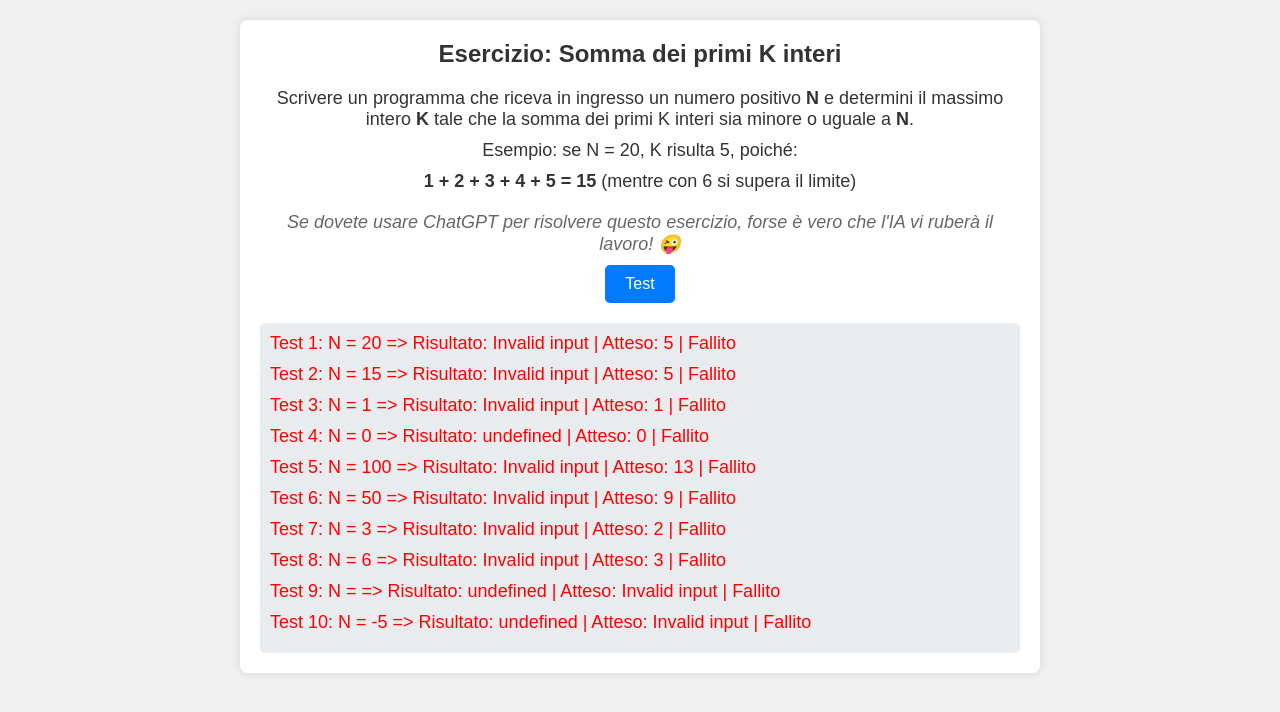
Repository: JoseManuel-Feliz/merenda1
Page: index.html
An editor plug-in stored every save of this project. The page is shown before and after the next save, followed by the edit.
The browser window is 1280 px wide. The pictures show the whole page.
After loading, the first visible `#run-tests` was clicked once.

Above is the page before, as saved 2024-10-01 16:43:05.

### index.html
<!DOCTYPE html>
<html lang="it">

<head>
    <meta charset="UTF-8">
    <meta name="viewport" content="width=device-width, initial-scale=1.0">
    <title>Esercizio Somma di K Interi</title>
    <link rel="stylesheet" href="style.css">
</head>

<body>
    <div class="container">
        <h1>Esercizio: Somma dei primi K interi</h1>
        <p>
            Scrivere un programma che riceva in ingresso un numero positivo <strong>N</strong>
            e determini il massimo intero <strong>K</strong> tale che la somma dei primi K interi
            sia minore o uguale a <strong>N</strong>.
        </p>
        <p>Esempio: se N = 20, K risulta 5, poiché:</p>
        <p><strong>1 + 2 + 3 + 4 + 5 = 15</strong> (mentre con 6 si supera il limite)</p>
        <p style="margin-top: 20px; font-style: italic; color: #666;">
            Se dovete usare ChatGPT per risolvere questo esercizio, forse è vero che l'IA vi ruberà il lavoro! 😜
        </p>

        <button id="run-tests">Test</button>
        <div id="results"></div>
    </div>
    <script src="merenda.js"></script>
    <script src="script.js"></script>
</body>

</html>

### style.css
* {
    box-sizing: border-box;
    margin: 0;
    padding: 0;
}

body {
    font-family: Arial, sans-serif;
    background-color: #f0f0f0;
    color: #333;
    padding: 20px;
}

.container {
    max-width: 800px;
    margin: 0 auto;
    padding: 20px;
    background-color: #fff;
    border-radius: 8px;
    box-shadow: 0 0 10px rgba(0, 0, 0, 0.1);
    text-align: center;
}

h1 {
    font-size: 24px;
    margin-bottom: 20px;
}

p {
    font-size: 18px;
    margin-bottom: 10px;
}

button {
    padding: 10px 20px;
    font-size: 16px;
    border: none;
    background-color: #007bff;
    color: #fff;
    border-radius: 5px;
    cursor: pointer;
}

button:hover {
    background-color: #0056b3;
}

#results {
    margin-top: 20px;
    padding: 10px;
    background-color: #e9ecef;
    border-radius: 5px;
    text-align: left;
}

### merenda.js
function sommaInteri(N) {
    let somma = 0;
    let count = 0;

    for (let i = 1; i <= N; i++) {
        if (N < 0 || N) {
            return 'Invalid input';
        }
        if (somma + i > N) {
            return count;
        }
        somma += i;
        console.log(somma)
        count++;
        console.log(count)
    }
}

### script.js
document.getElementById('run-tests').addEventListener('click', function () {
    const resultsContainer = document.getElementById('results');
    resultsContainer.innerHTML = '';

    const testCases = [
        { N: 20, expected: 5 },
        { N: 15, expected: 5 },
        { N: 1, expected: 1 },
        { N: 0, expected: 0 },
        { N: 100, expected: 13 },
        { N: 50, expected: 9 },
        { N: 3, expected: 2 },
        { N: 6, expected: 3 },
        { N: '', expected: 'Invalid input' },
        { N: -5, expected: 'Invalid input' },
    ];

    testCases.forEach((test, index) => {
        try {
            const result = sommaInteri(test.N);
            const passed = result === test.expected;
            const message = `Test ${index + 1}: N = ${test.N} => Risultato: ${result} | Atteso: ${test.expected} | ${passed ? 'Successo' : 'Fallito'}`;
            const resultElement = document.createElement('p');
            resultElement.textContent = message;
            resultElement.style.color = passed ? 'green' : 'red';
            resultsContainer.appendChild(resultElement);
        } catch (error) {
            const message = `Test ${index + 1}: N = ${test.N} ha generato un errore: ${error.message}`;
            const resultElement = document.createElement('p');
            resultElement.textContent = message;
            resultElement.style.color = 'red';
            resultsContainer.appendChild(resultElement);
        }
    });
});

After the next save:
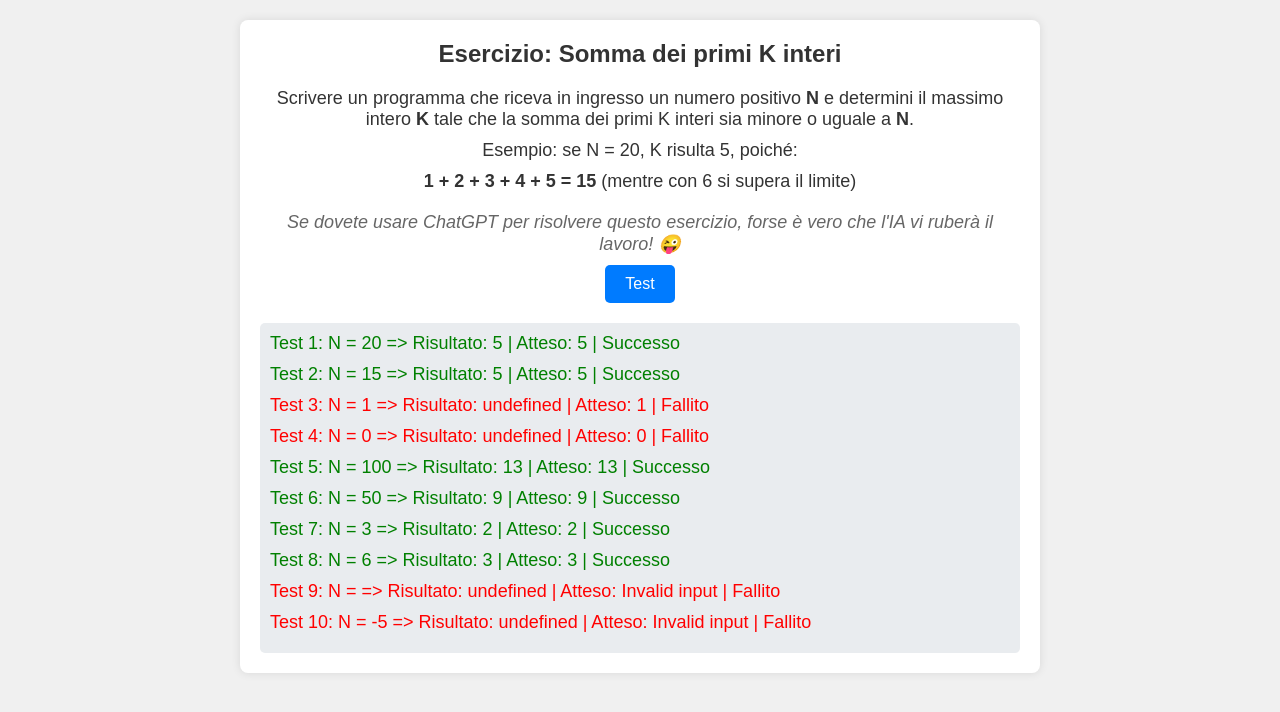
Saved 3 min 47 s later.
--- a/merenda.js
+++ b/merenda.js
@@ -3,7 +3,7 @@ function sommaInteri(N) {
     let count = 0;
 
     for (let i = 1; i <= N; i++) {
-        if (N < 0 || N) {
+        if (N < 0) {
             return 'Invalid input';
         }
         if (somma + i > N) {
